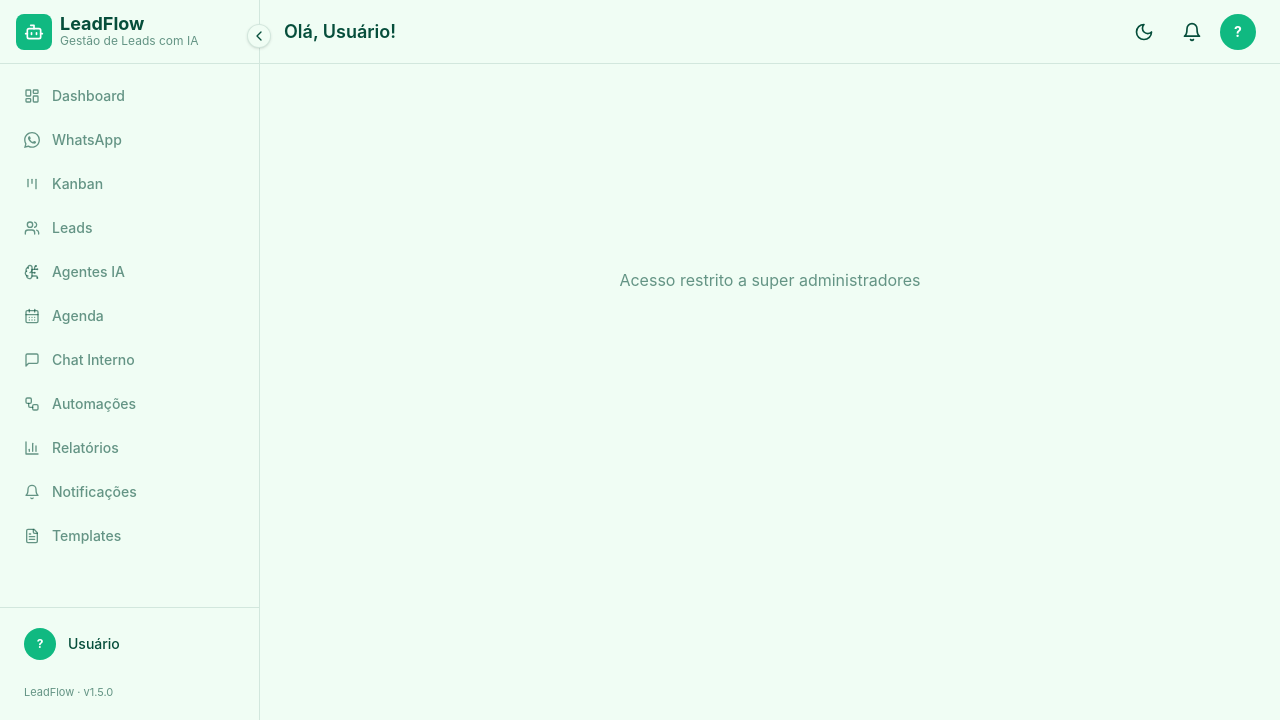
Repository: agclickon/qualivox
Page: /admin
An editor plug-in stored every save of this project. The page is shown before and after the next save, followed by the edit.
The browser window is 1280 px wide. The pictures show the whole page.
The page's requests for data from a server got no answer. The project was rebuilt for these pictures with package versions that can differ from the ones it lists, and the page was loaded fresh each time. The framework's server and built-in components were replaced by stand-ins that run in the browser. No one was signed in, and anything a server would have sent is missing. Also part of the build but not shown: next.config.js, src/components/ui/tooltip.tsx, src/components/layout/breadcrumbs.tsx, src/components/plan-usage-banner.tsx, src/components/ui/card.tsx, src/components/ui/tabs.tsx.

Above is the page before, as saved 2026-04-11 09:07:30.

After the next save:
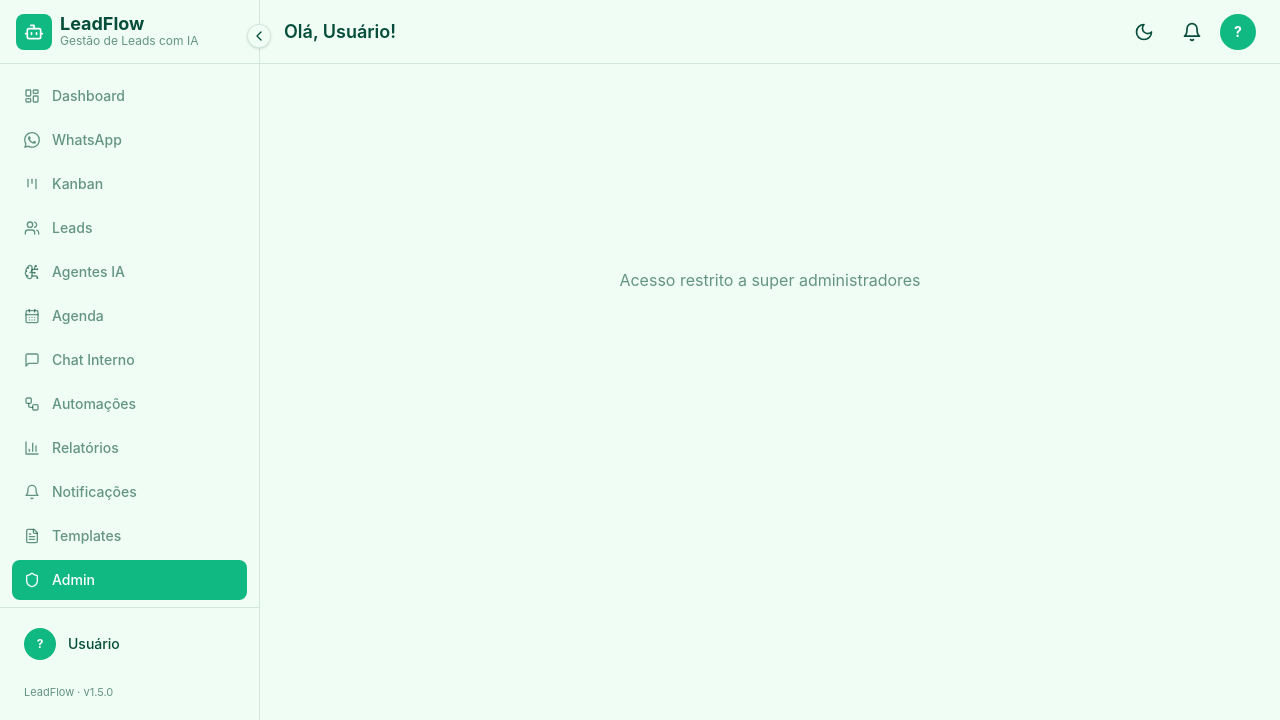
Saved 70 s later.
--- a/src/components/layout/sidebar.tsx
+++ b/src/components/layout/sidebar.tsx
@@ -49,9 +49,11 @@
   { href: "/templates", label: "Templates", icon: FileText },
   { href: "/webhooks", label: "Webhooks", icon: Webhook },
   { href: "/configuracoes", label: "Configurações", icon: Settings },
+  { href: "/admin", label: "Admin", icon: Shield, superAdminOnly: true },
 ]
 
 const adminOnlyItems = ["/equipe", "/configuracoes", "/webhooks"]
+const superAdminOnlyItems = ["/admin"]
 
 interface SidebarProps {
   mobileOpen?: boolean

After the save that followed:
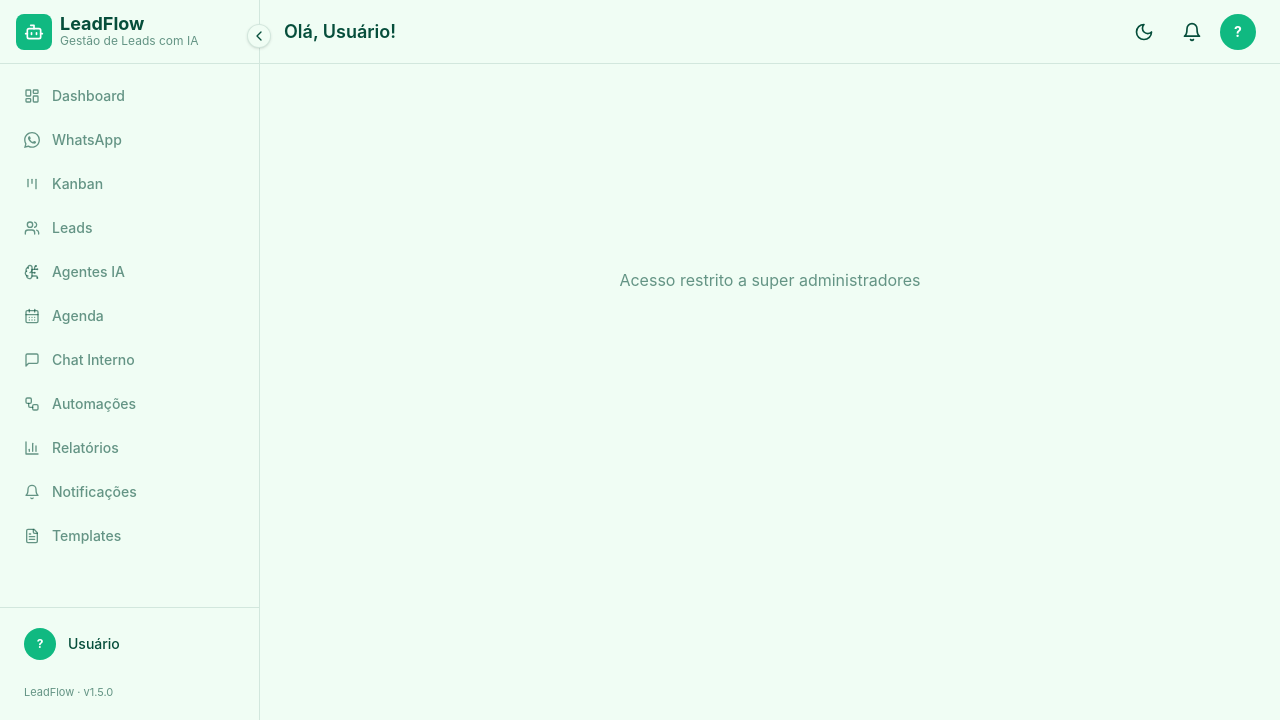
Saved 39 s later.
--- a/src/components/layout/sidebar.tsx
+++ b/src/components/layout/sidebar.tsx
@@ -67,6 +67,11 @@
   const user = useAuthStore((state) => state.user)
 
   const filteredItems = menuItems.filter((item) => {
+    // Super admin only items
+    if (superAdminOnlyItems.includes(item.href) || (item as any).superAdminOnly) {
+      return user?.role === "super_admin"
+    }
+    // Admin only items
     if (adminOnlyItems.includes(item.href)) {
       return user?.role === "super_admin" || user?.role === "admin"
     }
